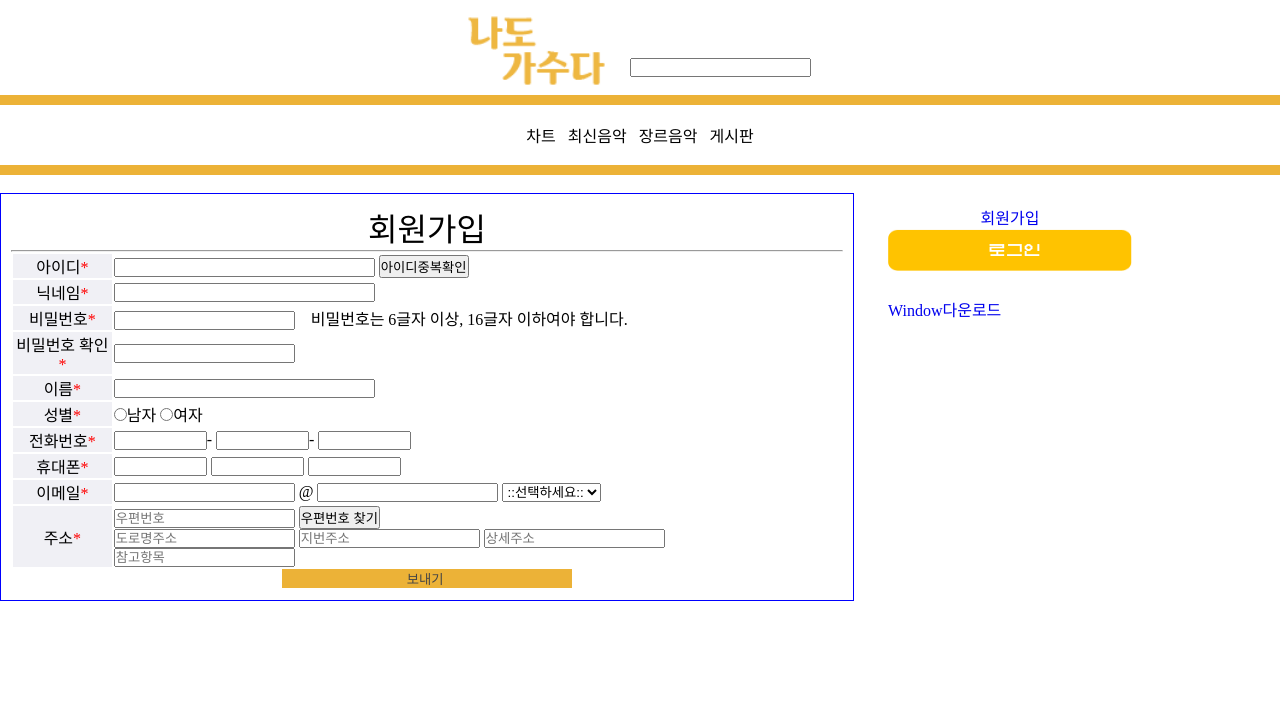
Repository: Ea-Bell/GraduationPortfolio
Page: http://localhost/WebTest/webTest/View/login/signUp.jsp
The author's editor kept a copy of each file at every save. The page is drawn from the files as they stood at one save, then again after the next save.
The browser window is 1280 px wide. The pictures show the whole page.
The page is served by Tomcat 9. Nobody is signed in. The application's start-up code is not run.

Above is the page before, as saved 2020-09-25 09:56:40.

After the next save:
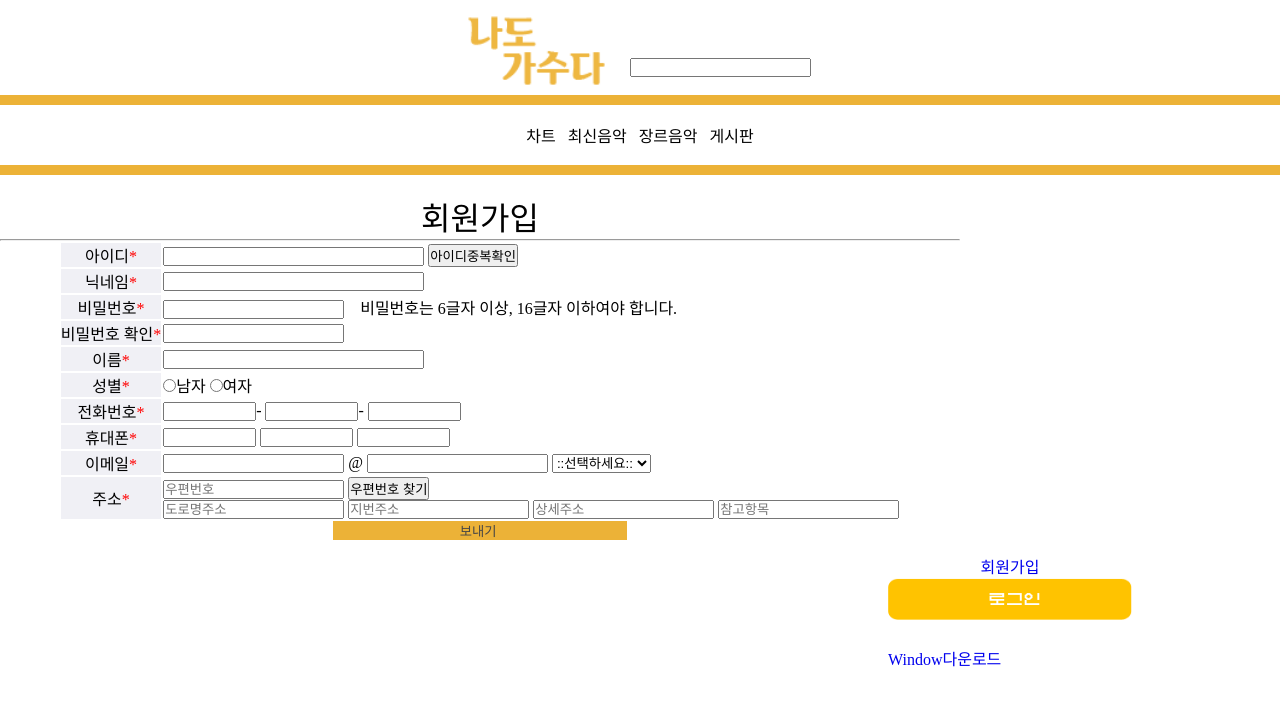
Saved 60 s later.
--- a/WEB_Server/WebTest/WebContent/webTest/View/login/signUp.jsp
+++ b/WEB_Server/WebTest/WebContent/webTest/View/login/signUp.jsp
@@ -58,7 +58,7 @@
 		<br>
 	<!-- 콘텐츠 -->
 
-	<div id="content"  style="border:1px solid blue; padding:10px; width: 65%;  float: left;" >
+	<div id="content" >
 
 
 
